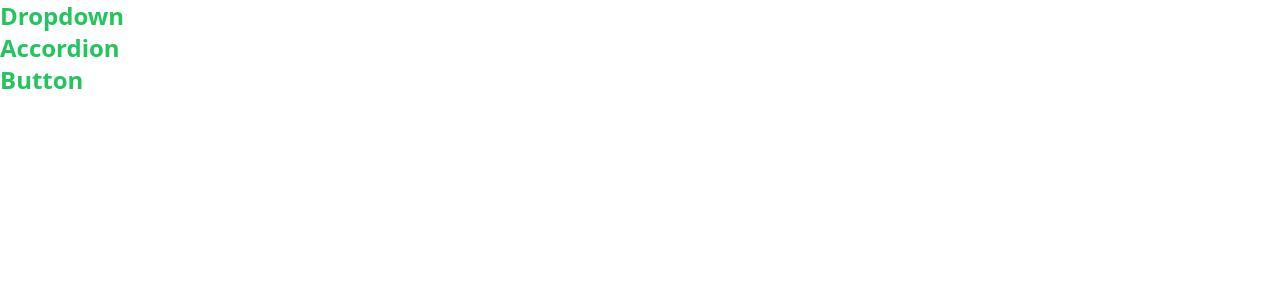
Repository: Marhamat92/reactroutefromstephen
Page: /
An editor plug-in stored every save of this project. The page is shown before and after the next save, followed by the edit.
The browser window is 1280 px wide. The pictures show the whole page.
The project was rebuilt for these pictures with package versions that can differ from the ones it lists, and the page was loaded fresh each time. Also part of the build but not shown: src/App.css, src/components/Dropdowns/DropDown.tsx, src/pages/dropdown/DropdownPage.tsx, src/components/Accordion/Accordion.tsx, src/pages/accordion/AccordionPage.tsx, src/components/Buttons/Button.tsx, src/pages/buttons/ButtonPage.tsx.

Above is the page before, as saved 2022-12-24 17:26:36.

### src/index.tsx
import React from "react";
import ReactDOM from "react-dom/client";
import "./index.css";
import App from "./App";
import { NavigationProvider } from "./context/NavigationContext";

const root = ReactDOM.createRoot(
  document.getElementById("root") as HTMLElement
);
root.render(
  <React.StrictMode>
    <NavigationProvider>
      <App />
    </NavigationProvider>
  </React.StrictMode>
);

### src/App.tsx
import React from "react";
import "./App.css";
import Route from "./Routes/Route";
import DropdownPage from "./pages/dropdown/DropdownPage";
import Accordion from "./components/Accordion/Accordion";
import AccordionPage from "./pages/accordion/AccordionPage";
import ButtonPage from "./pages/buttons/ButtonPage";
import Sidebar from "./components/Sidebar/Sidebar";

function App() {
  return (
    <div className='grid grid-cols-6'>
      <div className='col-span-1'>
        <Sidebar />
      </div>
      <div className='col-span-5'>
        <Route path='/dropdown'>
          <DropdownPage />
        </Route>
        <Route path='/accordion'>
          <AccordionPage />
        </Route>
        <Route path='/button'>
          <ButtonPage />
        </Route>
      </div>
    </div>
  );
}

export default App;

### src/context/NavigationContext.js
import { createContext, useEffect, useState } from "react";

//we create a context to pass the current
const NavigationContext = createContext();



function NavigationProvider({ children }) {

  const [currentPath, setCurrentPath] = useState(window.location.pathname); //initial value of currentPath


  //we create below function to update the currentPath when the user clicks on the back button, forward button or when the user types a new url in the browser
  //we use useEffect to add an event listener to the window object, and we return a function to remove the event listener
  //this is to prevent page from reloading when the user clicks on the back button or forward button
  useEffect(() => {
    const handler = () => {
      setCurrentPath(window.location.pathname)
    }
    window.addEventListener('popstate', handler)
    return () => window.removeEventListener('popstate', handler)
  }, [])



  //we create below function to update the currentPath when the user clicks on a link
  const navigate = (path) => {
    window.history.pushState({}, "", path)
    setCurrentPath(path)
  }

  //we create a context provider to pass the currentPath and navigate function to the children components
  return (
    <NavigationContext.Provider value={{ currentPath, navigate }}>
      {children}
    </NavigationContext.Provider>
  );
}


export { NavigationProvider };
export default NavigationContext;

### src/Routes/Route.js
import React from 'react'
import NavigationContext from '../context/NavigationContext'


function Route({ path, children }) {
  const { currentPath } = React.useContext(NavigationContext)

  if (currentPath === path) {
    return children
  } else {
    return null
  }
}

export default Route

### src/components/Sidebar/Sidebar.tsx
import React from "react";
import Link from "../Link/Link";

type Props = {};

function Sidebar({}: Props) {
  const links = [
    { to: "/dropdown", label: "Dropdown" },
    { to: "/accordion", label: "Accordion" },
    { to: "/button", label: "Button" },
  ];

  const renderedLinks = links.map((link) => {
    return (
      <Link key={link.label} to={link.to}>
        {link.label}
      </Link>
    );
  });

  return <div>{renderedLinks}</div>;
}

export default Sidebar;

### src/components/Link/Link.tsx
import React from "react";
import { useContext } from "react";
import NavigationContext from "../../context/NavigationContext";

type Props = {
  children: React.ReactNode;
  to: string;
};

function Link({ children, to }: Props) {
  const { navigate, currentPath } = useContext(NavigationContext);

  const handleClick = (e: React.MouseEvent<HTMLAnchorElement>) => {
    if (e.metaKey || e.ctrlKey) return;

    e.preventDefault();
    navigate(to);
  };

  return (
    <a
      className={`${
        currentPath && "text-green-500"
      } text-2xl font-bold flex flex-col`}
      href={to}
      onClick={handleClick}
    >
      {children}
    </a>
  );
}

export default Link;

Loaded but not shown: public/index.html (common file); src/index.css (common file); tailwind.config.js (common file)

After the next save:
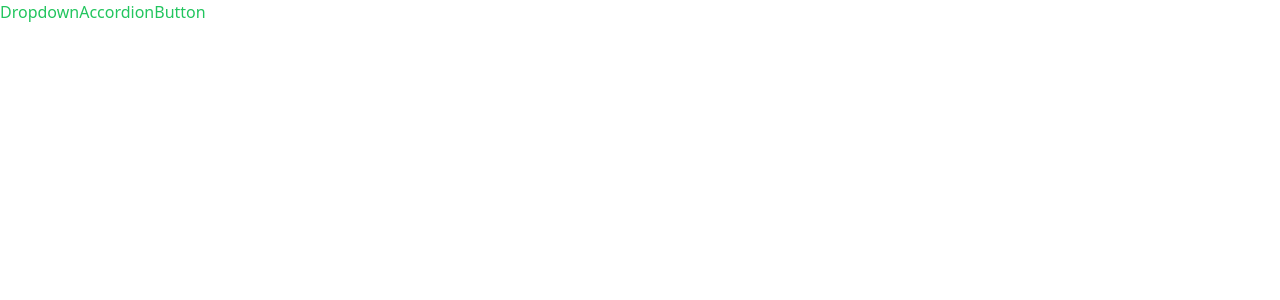
Saved 38 s later.
--- a/src/components/Link/Link.tsx
+++ b/src/components/Link/Link.tsx
@@ -20,8 +20,8 @@
   return (
     <a
       className={`${
-        currentPath && "text-green-500"
-      } text-2xl font-bold flex flex-col`}
+        currentPath ? "text-green-500" : "text-2xl font-bold flex flex-col"
+      } `}
       href={to}
       onClick={handleClick}
     >

After the save that followed:
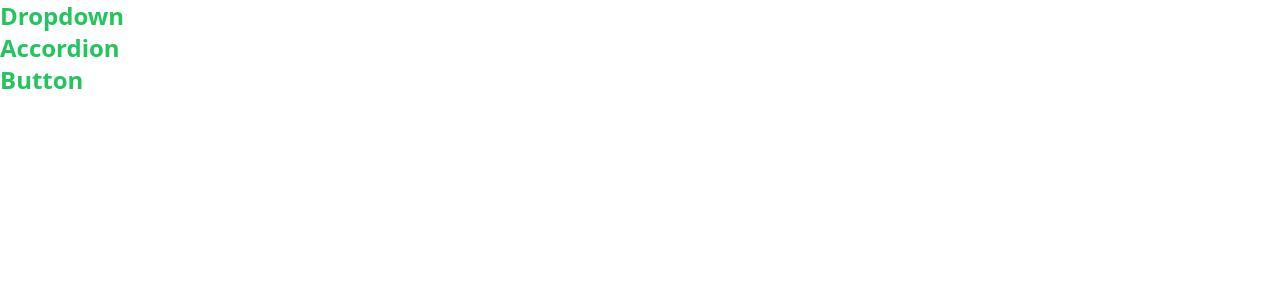
Saved 21 s later.
--- a/src/components/Link/Link.tsx
+++ b/src/components/Link/Link.tsx
@@ -20,7 +20,9 @@
   return (
     <a
       className={`${
-        currentPath ? "text-green-500" : "text-2xl font-bold flex flex-col"
+        currentPath
+          ? "text-green-500 text-2xl font-bold flex flex-col"
+          : "text-2xl font-bold flex flex-col"
       } `}
       href={to}
       onClick={handleClick}
